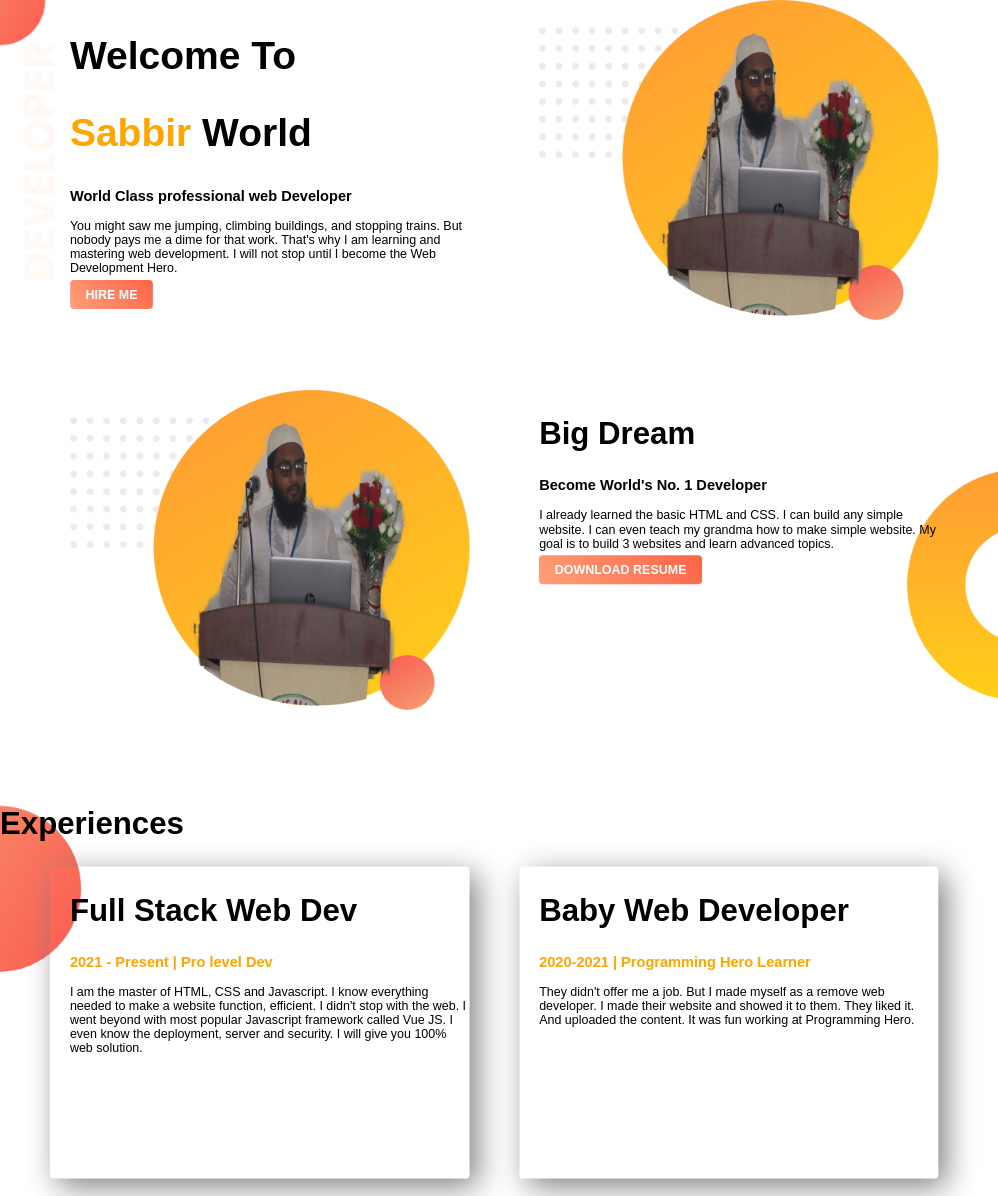
Repository: sabbircse3/web-protfolio
Page: index.html
An editor plug-in stored every save of this project. The page is shown before and after a run of saves, followed by the edit.
The browser window is 1280 px wide. The pictures show the whole page, at 78% of full size.

Above is the page before, as saved 2021-01-04 10:46:35.

### index.html
<!DOCTYPE html>
<html lang="en">
<head>
    <meta charset="UTF-8">
    <meta name="viewport" content="width=device-width, initial-scale=1.0">
    <title>Sabbir web-portfolio</title>
    <link rel="preconnect" href="https://fonts.gstatic.com">
    <link href="https://fonts.googleapis.com/css2?family=Montserrat&display=swap" rel="stylesheet">
    <link rel="stylesheet" href="style.css">
</head>
<body>
    <section class="top-banner">
        <div class="half-width">
            <h1>Welcome To</h1>
            <h1> <span class="name-highlight">Sabbir</span> World</h1>
            <h3>World Class professional web Developer</h3>
            <p>You might saw me jumping, climbing buildings, and stopping trains. But nobody pays me a dime for that work. That's why I am learning and mastering web development. I will not stop until I become the Web Development Hero.</p>
            <a class="link-button" target="_blank" href="https://www.linkedin.com/company/programminghero/">HIRE ME</a>
        </div>

        <div class="half-width">
            <img src="images/sabbir1.png" alt="">
        </div>
    </section>

    <section class="dream-area">
        <div class="half-width">
            <img src="images/sabbir1.png" alt="">
        </div>

        <div class="half-width">
            <h2> Big Dream</h2>
            <h3>Become World's No. 1 Developer</h3>
            <p>I already learned the basic HTML and CSS. I can build any simple website. I can even teach my grandma how to make simple website. My goal is to build 3 websites and learn advanced topics.</p>
            <a class="link-button" target="_blank" href="https://www.linkedin.com/company/programminghero/">DOWNLOAD RESUME</a>
        </div>

    </section>

    <section class="experience-area">
        <h2>Experiences</h2>
        <div class="half-width single-experience">
            <h2>Full Stack Web Dev</h2>
            <h3 class="orange-highlight">2021 - Present | Pro level Dev</h3>
            <p>I am the master of HTML, CSS and Javascript. I know everything needed to make a website function, efficient. I didn't stop with the web. I went beyond with most popular Javascript framework called Vue JS. I even know the deployment, server and security. I will give you 100% web solution.</p>

        </div>

        <div class="half-width single-experience">
            <h2>Baby Web Developer</h2>
            <h3 class="orange-highlight">2020-2021 | Programming Hero Learner</h3>
            <p>They didn't offer me a job. But I made myself as a remove web developer. I made their website and showed it to them. They liked it. And uploaded the content. It was fun working at Programming Hero.</p>

        </div>

    </section>

</body>
</html>

### style.css
body{
    font-family: sans-serif;
    margin: 0px;
}
h1{
    font-size: 50px;
}
h2{
    font-size: 40px;
}
.name-highlight{
    color: orange;
}
.half-width{
    width: 40%;
    float: left;
    margin-left: 5%;
    padding-left: 2%;
}
.half-width img{
    width: 100%;
}
.top-banner{
    background-image: url("images/top-banner.png");
    background-repeat: no-repeat;
}
section{
    height: 500px;
}
.link-button{
    text-decoration: none;
    background-image: linear-gradient(45deg, lightSalmon, tomato);
    padding: 10px 20px;
    border-radius: 5px;
    color: white;
    font-weight: 700;
}
.dream-area{
    background-image: url("images/dream-bg.png");
    background-repeat: no-repeat;
    background-position: right;
}
.experience-area{
    background-image: url("images/exp-bg.png");
    background-repeat: no-repeat;

}
.orange-highlight{
    color: orange;
}
.single-experience{
    box-shadow: 10px 10px 40px gray;
    border-radius: 5px;
    height: 80%;

}

After the next 5 saves:
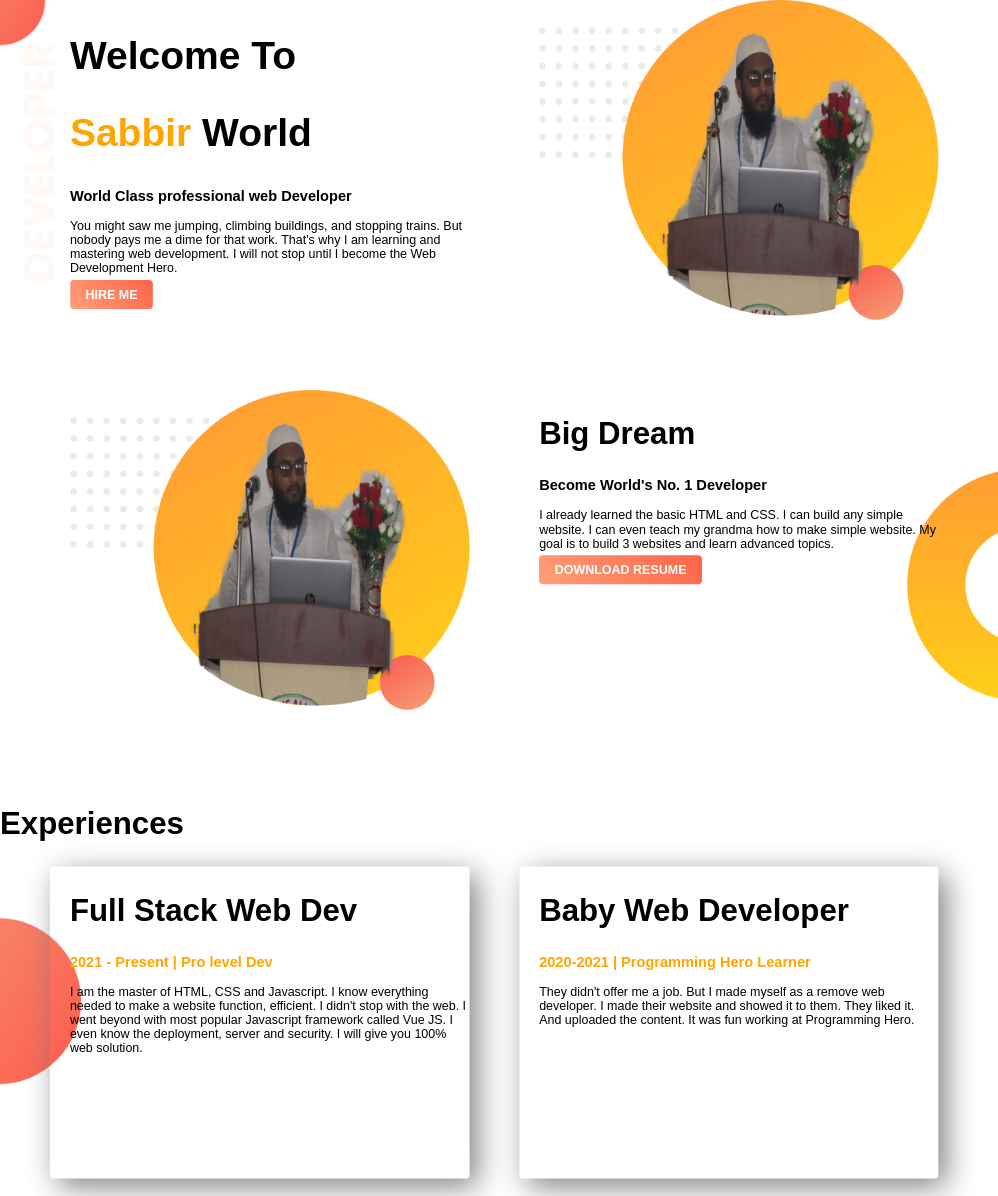
The 5 saves are shown as one change because they came seconds apart.
The last was saved 18 s later.
--- a/style.css
+++ b/style.css
@@ -43,6 +43,7 @@ section{
 .experience-area{
     background-image: url("images/exp-bg.png");
     background-repeat: no-repeat;
+    background-position: left;
 
 }
 .orange-highlight{
